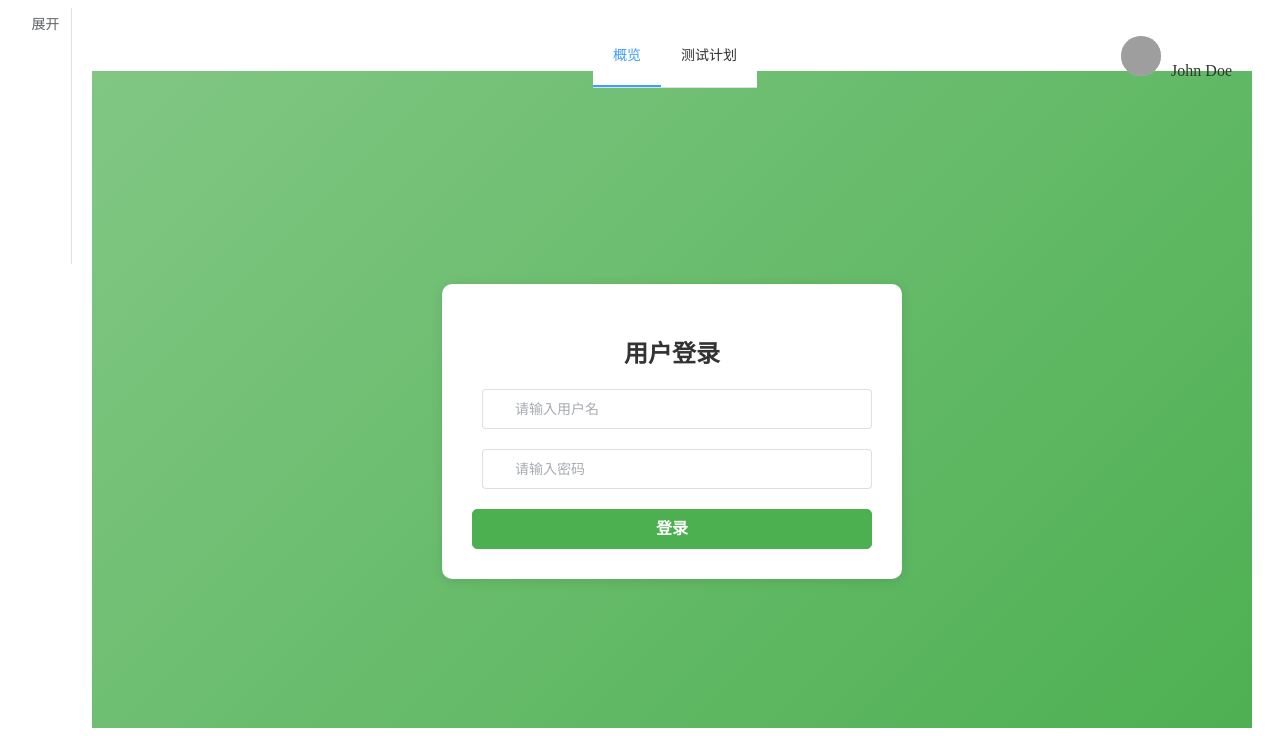
Repository: IsHexx/VerityX
Page: /login (app in front/)
The author's editor kept a copy of each file at every save. The page is drawn from the files as they stood at one save, then again after the next save.
The browser window is 1280 px wide. The pictures show the whole page.
Pictures or frames that could not be fetched are drawn as grey boxes. An inner scrolling area shows only its first screen. The project was rebuilt for these pictures with package versions that can differ from the ones it lists, and the page was loaded fresh each time. Also part of the build but not shown: front/vue.config.js, front/src/views/TestManage/TestPlanPage.vue, front/src/views/TestManage/OverviewPage.vue, front/src/views/ApiTest/ApiManagePage.vue.

Above is the page before, as saved 2024-10-14 09:51:51.

After the next save:
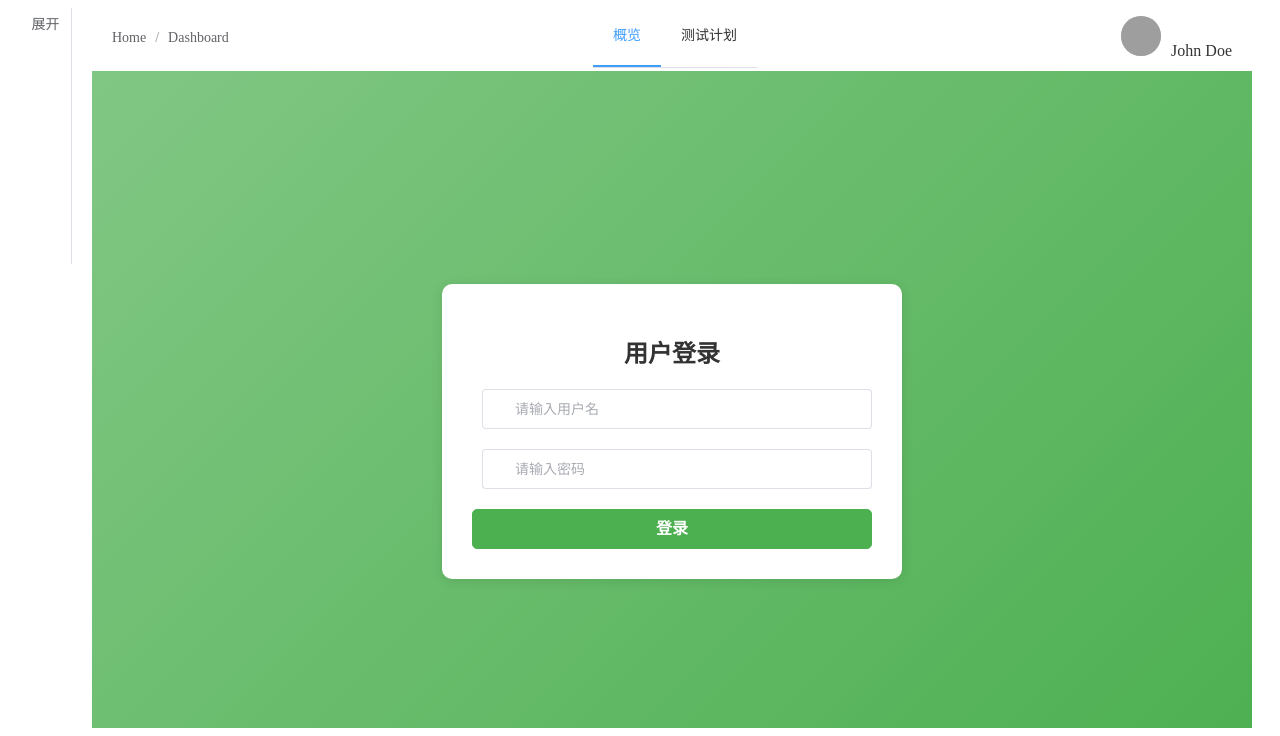
Saved 7 s later.
--- a/front/src/App.vue
+++ b/front/src/App.vue
@@ -71,8 +71,7 @@
 .common-layout > .el-container > .el-container > .el-header {
   background-color: #fff;
   height: 6%; /* Main 高度等于视口高度减去 Header 的高度 */
-  margin-top: 0px;
-  padding: 20px;
+
 }
 
 .common-layout > .el-container > .el-container > .el-main {

After the save that followed:
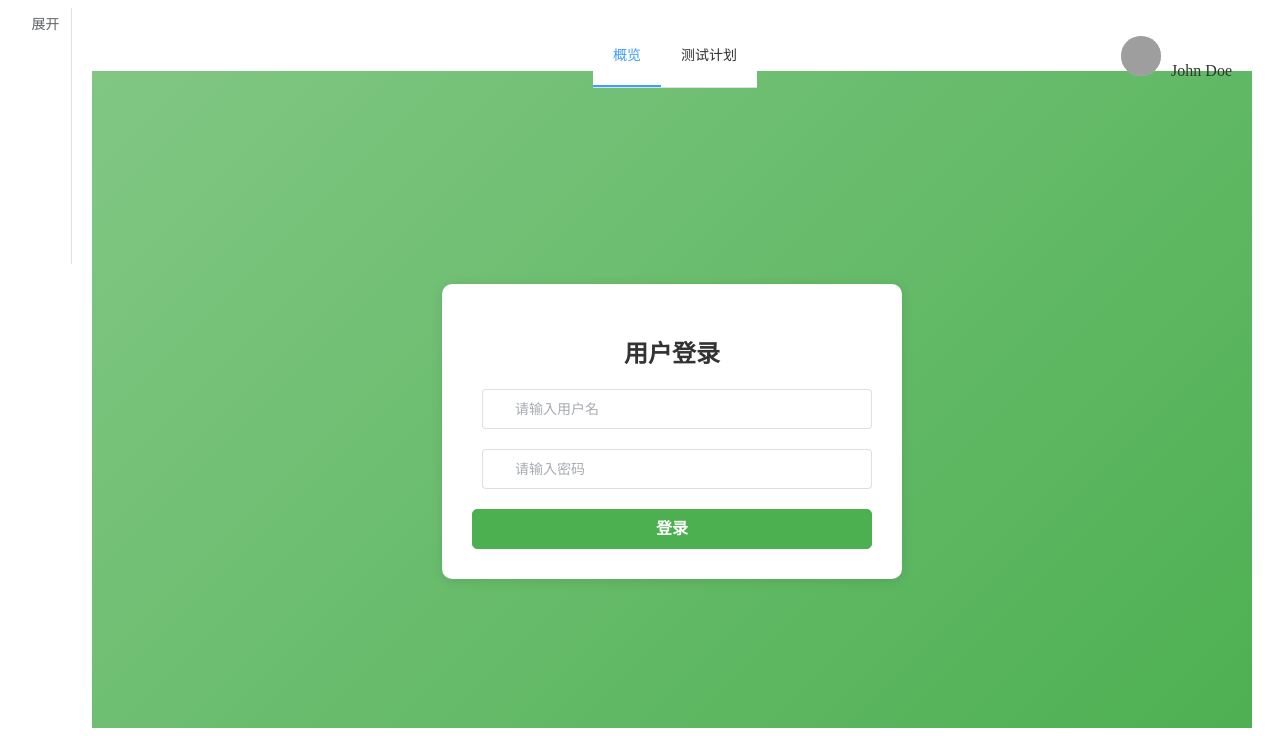
Saved 4 s later.
--- a/front/src/App.vue
+++ b/front/src/App.vue
@@ -71,7 +71,8 @@
 .common-layout > .el-container > .el-container > .el-header {
   background-color: #fff;
   height: 6%; /* Main 高度等于视口高度减去 Header 的高度 */
-
+  margin-top: px;
+  padding: 20px;
 }
 
 .common-layout > .el-container > .el-container > .el-main {
